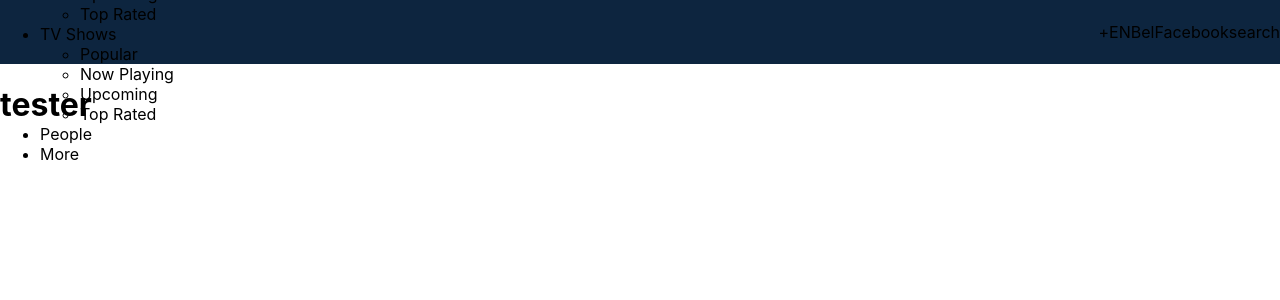
Repository: Fauzaanmhmd/qnpTesFrontend
Page: /
These files come from the project's save history. The page is drawn as it stood at one moment and after the next save; the edit follows.
The browser window is 1280 px wide. The pictures show the whole page.
The page's requests for data from a server got no answer. The project was rebuilt for these pictures with package versions that can differ from the ones it lists, and the page was loaded fresh each time. The framework's server and built-in components were replaced by stand-ins that run in the browser. No one was signed in, and anything a server would have sent is missing. Also part of the build but not shown: next.config.js, styles/Moviecard.module.scss, pages/components/Moviecard.tsx.

Above is the page before, as saved 2022-03-17 13:00:23.

After the next save:
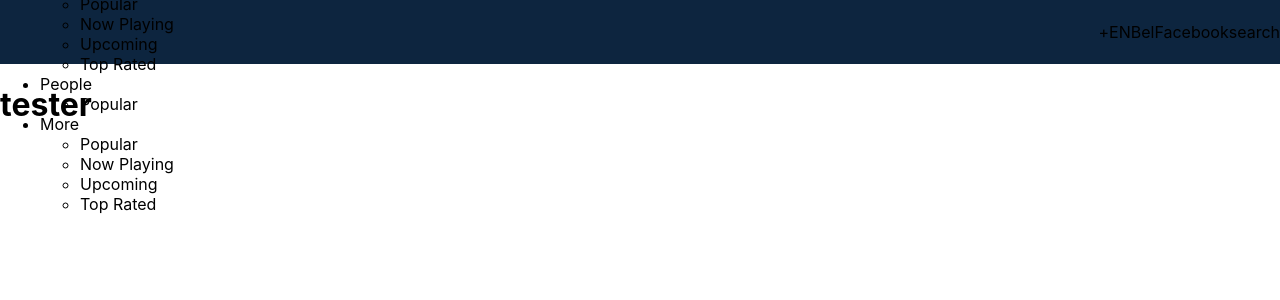
Saved 77 s later.
--- a/pages/components/Navbar.tsx
+++ b/pages/components/Navbar.tsx
@@ -26,8 +26,23 @@
                             </ul>
                         </div>
                     </li>
-                    <li>People</li>
-                    <li>More</li>
+                    <li><a>People</a>
+                        <div>
+                            <ul>
+                                <li>Popular</li>
+                            </ul>
+                        </div>
+                    </li>
+                    <li><a>More</a>
+                        <div>
+                            <ul>
+                                <li>Popular</li>
+                                <li>Now Playing</li>
+                                <li>Upcoming</li>
+                                <li>Top Rated</li>
+                            </ul>
+                        </div>
+                    </li>
                 </ul>
             </div>
             <div className={styles.NavbarIcon}>
